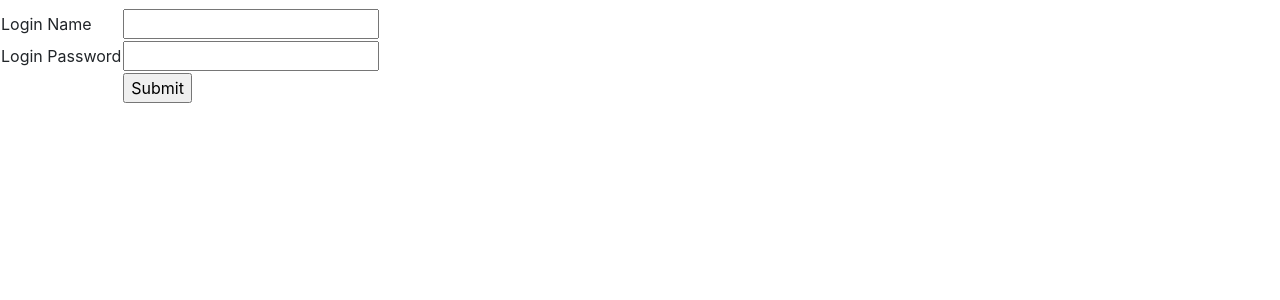
Repository: pyaephyotint22/Maven-Student-Course
Page: http://localhost/02-helloo-servlet/
An editor plug-in stored every save of this project. The page is shown before and after the next save, followed by the edit.
The browser window is 1280 px wide. The pictures show the whole page.
The page is served by Tomcat 9. Other server files are loaded and not shown.

Above is the page before, as saved 2020-12-15 05:25:41.

### 02-helloo-servlet/src/main/webapp/index.jsp
<%@page import="java.time.LocalDate"%>
<%@ page language="java" contentType="text/html; charset=ISO-8859-1"
    pageEncoding="ISO-8859-1"%>
<!DOCTYPE html>
<html>
<head>
<meta charset="ISO-8859-1">
<title>Login</title>
<link href="./common/css/bootstrap.min.css" rel="stylesheet" type="text/css"/>
<script type="text/javascript" src="./common/js/jquery.min.js"></script>
<script type="text/javascript" src="./common/js/bootstrap.min.js"></script>
</head>
<body>
<h3> </h3>
<form action="#" method="post">
	<table>
	<tr>
	<td>Login Name</td>
	<td>
	<input type="text" name="usename" />
	</td>
	</tr>
	<tr>
	<td>Login Password</td>
	<td>
	 <input type="password" name="usepassword" />
	</td>
	</tr>
	<tr>
	<td></td>
	<td>
	 <input type="submit" name="Login" />
	</td>
	</tr>
	</table>
</form>
</body>
</html>

Loaded but not shown: 02-helloo-servlet/src/main/webapp/common/css/bootstrap.min.css (library); 02-helloo-servlet/src/main/webapp/common/js/jquery.min.js (library); 02-helloo-servlet/src/main/webapp/common/js/bootstrap.min.js (library)

After the next save:
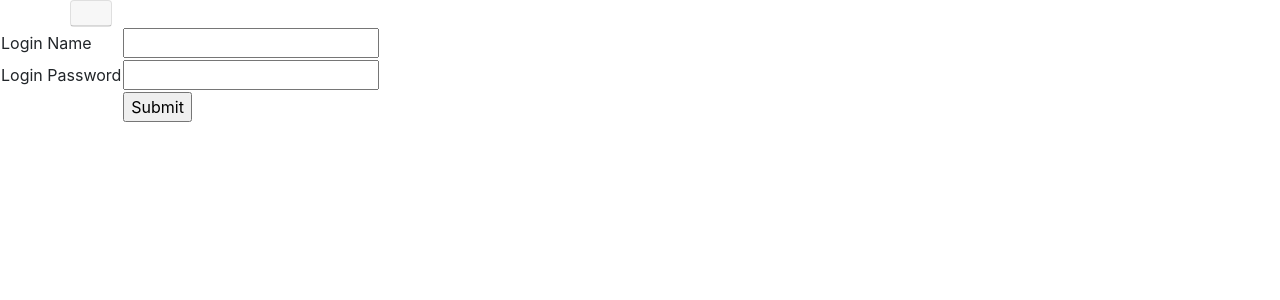
Saved 8 min 20 s later.
--- a/02-helloo-servlet/src/main/webapp/index.jsp
+++ b/02-helloo-servlet/src/main/webapp/index.jsp
@@ -11,7 +11,15 @@
 <script type="text/javascript" src="./common/js/bootstrap.min.js"></script>
 </head>
 <body>
-<h3> </h3>
+<div class="container">
+	<div class="row">
+	<div class="card">
+	<div class="card-header">
+
+	</div>
+	</div>
+	</div>
+</div>
 <form action="#" method="post">
 	<table>
 	<tr>
